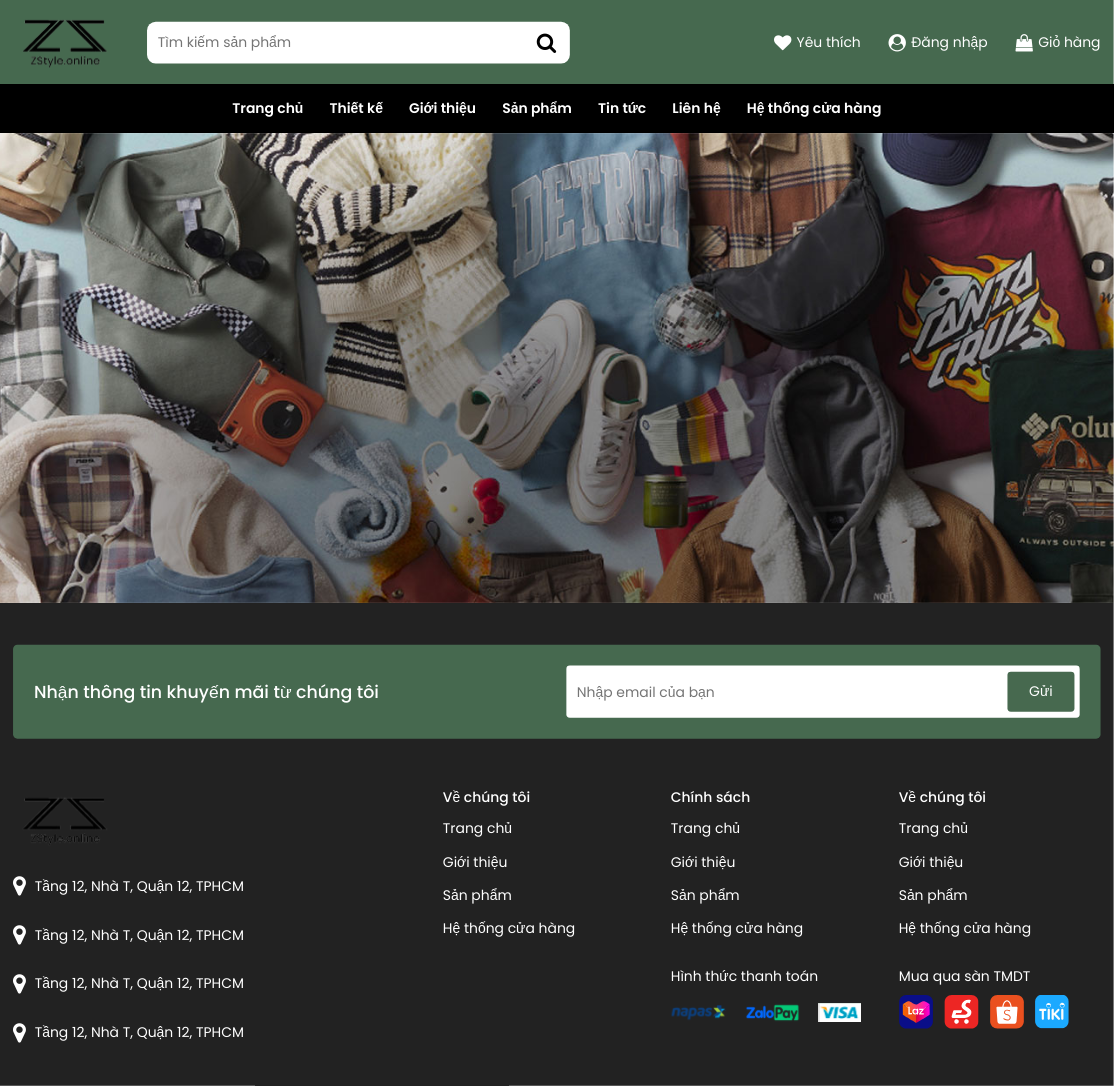
Repository: Toan3333/duanmau
Page: assets/pages/gioithieu.html
An editor plug-in stored every save of this project. The page is shown before and after the next save, followed by the edit.
The browser window is 1280 px wide. The pictures show the whole page, at 87% of full size.
Some web libraries are served in a nearby version.

Above is the page before, as saved 2023-11-07 21:15:11.
Console error: TypeError: Cannot read properties of null (reading 'addEventListener')

### assets/pages/gioithieu.html
<!DOCTYPE html>
<html lang="en">
  <head>
    <meta charset="UTF-8" />
    <meta name="viewport" content="width=device-width, initial-scale=1.0" />
    <title>Giới thiệu</title>
    <link
      rel="stylesheet"
      type="text/css"
      href="https://cdn.jsdelivr.net/npm/slick-carousel@1.8.1/slick/slick.css" />
    <link rel="stylesheet" href="../css/style.css" />
    <link
      rel="stylesheet"
      href="https://cdnjs.cloudflare.com/ajax/libs/font-awesome/4.7.0/css/font-awesome.min.css"
      integrity="sha512-SfTiTlX6kk+qitfevl/7LibUOeJWlt9rbyDn92a1DqWOw9vWG2MFoays0sgObmWazO5BQPiFucnnEAjpAB+/Sw=="
      crossorigin="anonymous"
      referrerpolicy="no-referrer" />
    <link
      rel="stylesheet"
      type="text/css"
      href="https://cdn.jsdelivr.net/npm/slick-carousel@1.8.1/slick/slick.css" />

    <link
      href="https://fonts.googleapis.com/css?family=Poppins:100,100italic,200,200italic,300,300italic,regular,italic,500,500italic,600,600italic,700,700italic,800,800italic,900,900italic"
      rel="stylesheet" />
  </head>
  <body>
    <div class="app">
      <!-- Header -->
      <header class="header">
        <div class="container">
          <div class="header-main">
            <div class="header-logo">
              <a href="#">
                <img src="../images/logo.svg" alt="" />
              </a>
            </div>
            <form action="" class="header-form">
              <div class="header-input">
                <input type="text" placeholder="Tìm kiếm sản phẩm" />
                <div class="header-input-icon">
                  <i class="fa fa-search" aria-hidden="true"></i>
                </div>
              </div>
            </form>
            <div class="header-auth">
              <div class="header-auth__item">
                <i class="fa fa-heart" aria-hidden="true"></i>
                <a href="#" class="header-link">Yêu thích</a>
              </div>
              <div class="header-auth__item">
                <i class="fa fa-user-circle" aria-hidden="true"></i>
                <a href="#" class="header-link">Đăng nhập</a>
              </div>
              <div class="header-auth__item">
                <i class="fa fa-shopping-bag" aria-hidden="true"></i>
                <a href="#" class="header-link">Giỏ hàng</a>
              </div>
            </div>
          </div>
        </div>
      </header>
      <!-- Header end -->
      <section class="header-bottom">
        <div class="container">
          <div class="header-bottom__main">
            <ul class="header-menu">
              <li class="header-menu-item">
                <a href="/index.html" class="header-menu-link">Trang chủ</a>
              </li>
              <li class="header-menu-item">
                <a href="#" class="header-menu-link">Thiết kế</a>
              </li>
              <li class="header-menu-item">
                <a href="#" class="header-menu-link">Giới thiệu</a>
              </li>
              <li class="header-menu-item">
                <a href="#" class="header-menu-link">Sản phẩm</a>
              </li>
              <li class="header-menu-item">
                <a href="#" class="header-menu-link">Tin tức</a>
              </li>
              <li class="header-menu-item">
                <a href="#" class="header-menu-link">Liên hệ</a>
              </li>
              <li class="header-menu-item">
                <a href="#" class="header-menu-link">Hệ thống cửa hàng</a>
              </li>
            </ul>
          </div>
        </div>
      </section>
      <!-- BANNER -->
      <div class="banner">
        <div class="banner-image">
          <a href="#">
            <img src="../images/banner-intro.png" alt="" />
          </a>
        </div>
      </div>
      <!-- BANNER END -->
      <footer class="footer">
        <div class="container">
          <div class="footer-box">
            <div class="footer-box__title">Nhận thông tin khuyến mãi từ chúng tôi</div>
            <form action="" class="footer-form">
              <div class="footer-form__input">
                <input class="form-control" type="text" placeholder="Nhập email của bạn " />
                <div class="footer-form__submit">
                  <button type="submit" class="footer-btn">Gửi</button>
                </div>
              </div>
            </form>
          </div>
          <div class="footer-list">
            <div class="footer-column">
              <div class="footer-logo">
                <a href="#">
                  <img src="../images/logo.svg" alt="" />
                </a>
                <div class="footer-nav">
                  <ul class="footer-menu">
                    <li class="footer-item">
                      <a href="#" class="footer-link"
                        ><i class="fa fa-map-marker" aria-hidden="true"></i>
                        Tầng 12, Nhà T, Quận 12, TPHCM
                      </a>
                    </li>
                    <li class="footer-item">
                      <a href="#" class="footer-link"
                        ><i class="fa fa-map-marker" aria-hidden="true"></i>
                        Tầng 12, Nhà T, Quận 12, TPHCM
                      </a>
                    </li>
                    <li class="footer-item">
                      <a href="#" class="footer-link"
                        ><i class="fa fa-map-marker" aria-hidden="true"></i>
                        Tầng 12, Nhà T, Quận 12, TPHCM
                      </a>
                    </li>
                    <li class="footer-item">
                      <a href="#" class="footer-link"
                        ><i class="fa fa-map-marker" aria-hidden="true"></i>
                        Tầng 12, Nhà T, Quận 12, TPHCM
                      </a>
                    </li>
                  </ul>
                </div>
              </div>
            </div>
            <div class="footer-column">
              <h4 class="footer-title">Về chúng tôi</h4>
              <ul class="footer-menus">
                <li>
                  <a href="#" class="footer-link">Trang chủ </a>
                </li>
                <li>
                  <a href="#" class="footer-link">Giới thiệu</a>
                </li>
                <li>
                  <a href="#" class="footer-link">Sản phẩm</a>
                </li>
                <li>
                  <a href="#" class="footer-link">Hệ thống cửa hàng</a>
                </li>
              </ul>
            </div>
            <div class="footer-column">
              <h4 class="footer-title">Chính sách</h4>
              <ul class="footer-menus">
                <li>
                  <a href="#" class="footer-link">Trang chủ </a>
                </li>
                <li>
                  <a href="#" class="footer-link">Giới thiệu</a>
                </li>
                <li>
                  <a href="#" class="footer-link">Sản phẩm</a>
                </li>
                <li>
                  <a href="#" class="footer-link">Hệ thống cửa hàng</a>
                </li>
              </ul>
              <div class="footer-checkout">
                <div class="footer-checkout__title">Hình thức thanh toán</div>
                <div class="footer-checkout__icon">
                  <img src="../images/napas.svg" alt="" />
                  <img src="../images/zalopay-icon.svg" alt="" />
                  <img src="../images/visa.svg" alt="" />
                </div>
              </div>
            </div>
            <div class="footer-column">
              <h4 class="footer-title">Về chúng tôi</h4>
              <ul class="footer-menus">
                <li>
                  <a href="#" class="footer-link">Trang chủ </a>
                </li>
                <li>
                  <a href="#" class="footer-link">Giới thiệu</a>
                </li>
                <li>
                  <a href="#" class="footer-link">Sản phẩm</a>
                </li>
                <li>
                  <a href="#" class="footer-link">Hệ thống cửa hàng</a>
                </li>
              </ul>
              <div class="footer-checkout">
                <div class="footer-checkout__title">Mua qua sàn TMDT</div>
                <div class="footer-checkout__icon">
                  <img class="footer-icon__image" src="../images/lazada.svg" alt="" />
                  <img class="footer-icon__image" src="../images/sendo.svg" alt="" />
                  <img class="footer-icon__image" src="../images/shopee.svg" alt="" />
                  <img class="footer-icon__image" src="../images/tiki.svg" alt="" />
                </div>
              </div>
            </div>
          </div>
        </div>
      </footer>
    </div>
    <script type="text/javascript" src="https://code.jquery.com/jquery-1.11.0.min.js"></script>
    <script
      type="text/javascript"
      src="https://code.jquery.com/jquery-migrate-1.2.1.min.js"></script>
    <script
      type="text/javascript"
      src="https://cdn.jsdelivr.net/npm/slick-carousel@1.8.1/slick/slick.min.js"></script>
    <script src="./assets/js/app.js"></script>
  </body>
</html>

Loaded but not shown: assets/js/app.js (47 lines, source omitted); assets/css/style.css (2198 lines, source omitted)

After the next save:
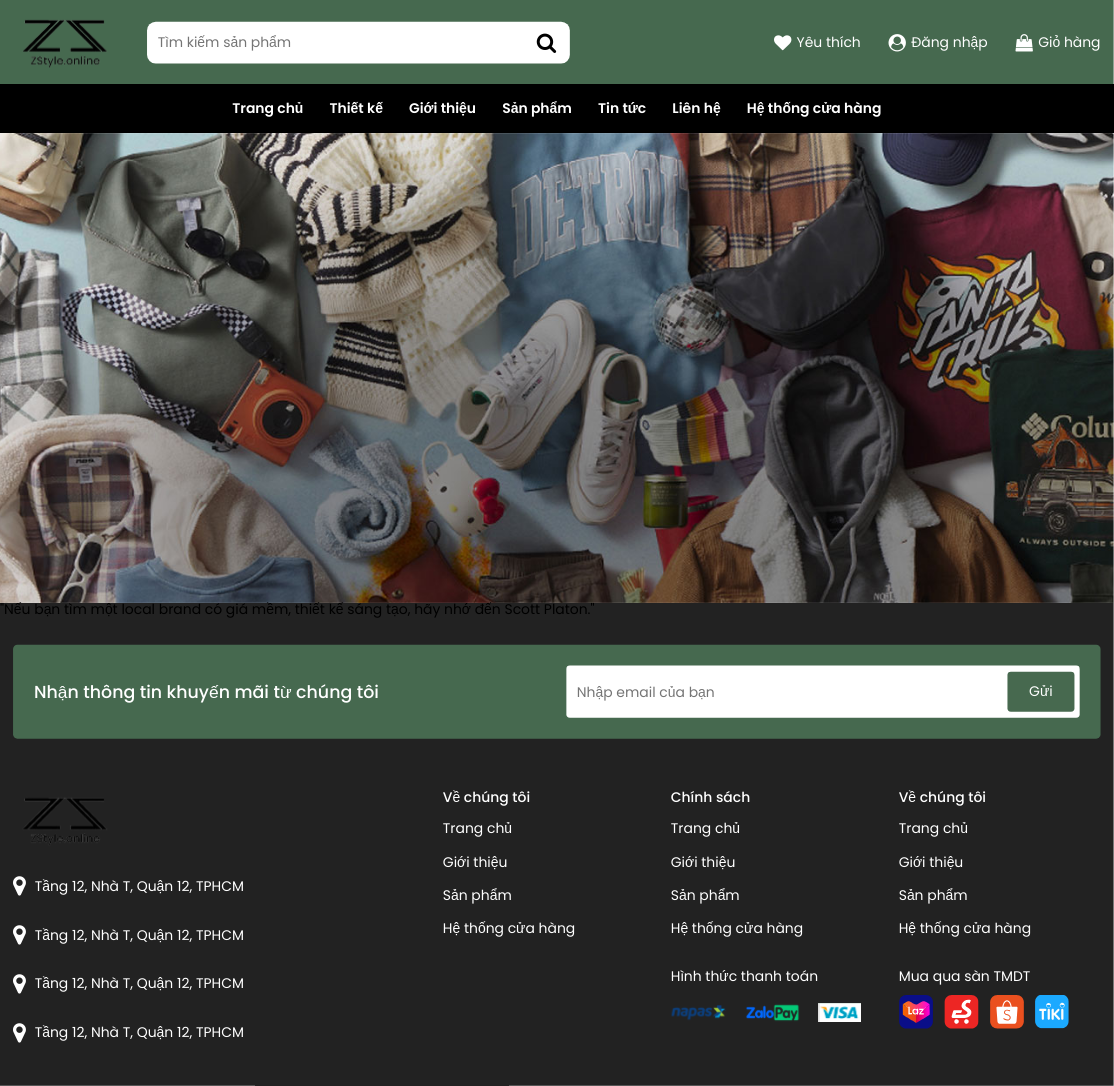
Saved 44 s later.
--- a/assets/pages/gioithieu.html
+++ b/assets/pages/gioithieu.html
@@ -96,6 +96,11 @@
           <a href="#">
             <img src="../images/banner-intro.png" alt="" />
           </a>
+          <div class="banner-content">
+            <p class="banner-content-desc">
+              "Nếu bạn tìm một local brand có giá mềm, thiết kế sáng tạo, hãy nhớ đến Scott Platon."
+            </p>
+          </div>
         </div>
       </div>
       <!-- BANNER END -->
